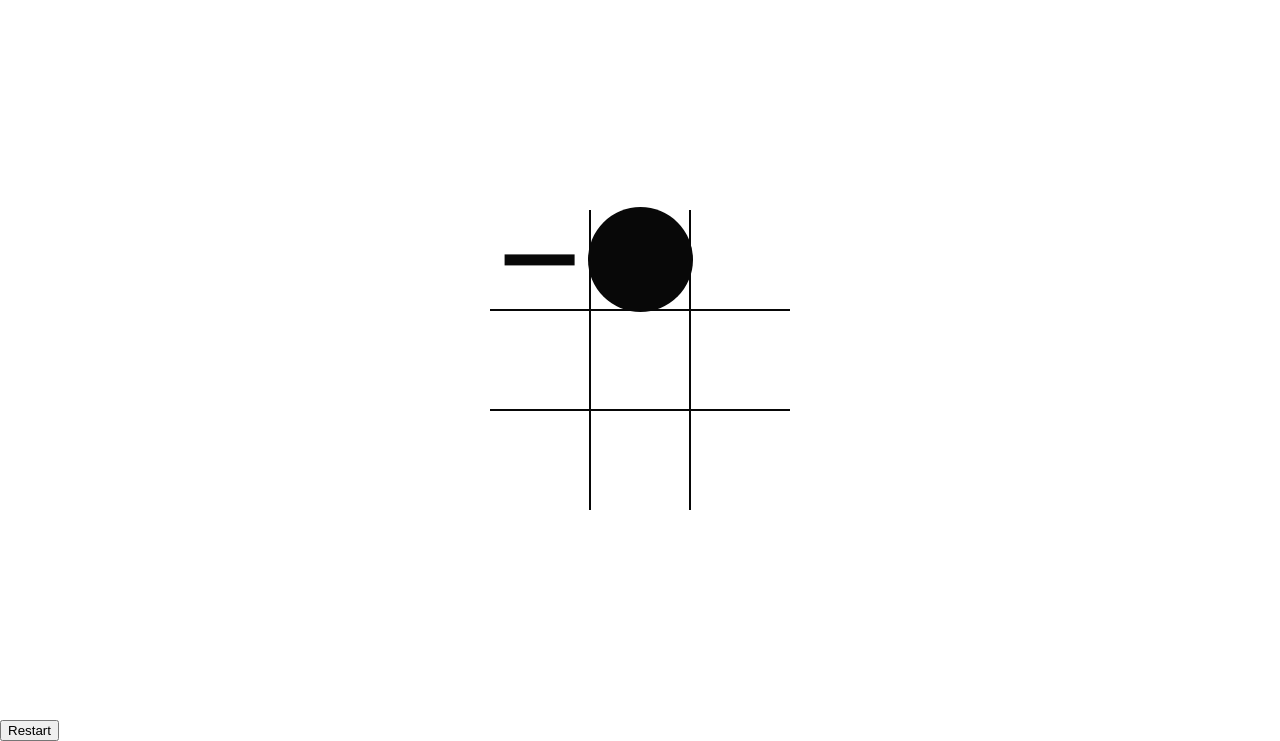
Repository: kkyler24/MCLA
Page: devFiles/TictactoeFiles/ticTacToe.html
The author's editor kept a copy of each file at every save. The page is drawn from the files as they stood at one save, then again after the next save.
The browser window is 1280 px wide. The pictures show the whole page.

Above is the page before, as saved 2020-04-17 13:41:27.

After the next save:
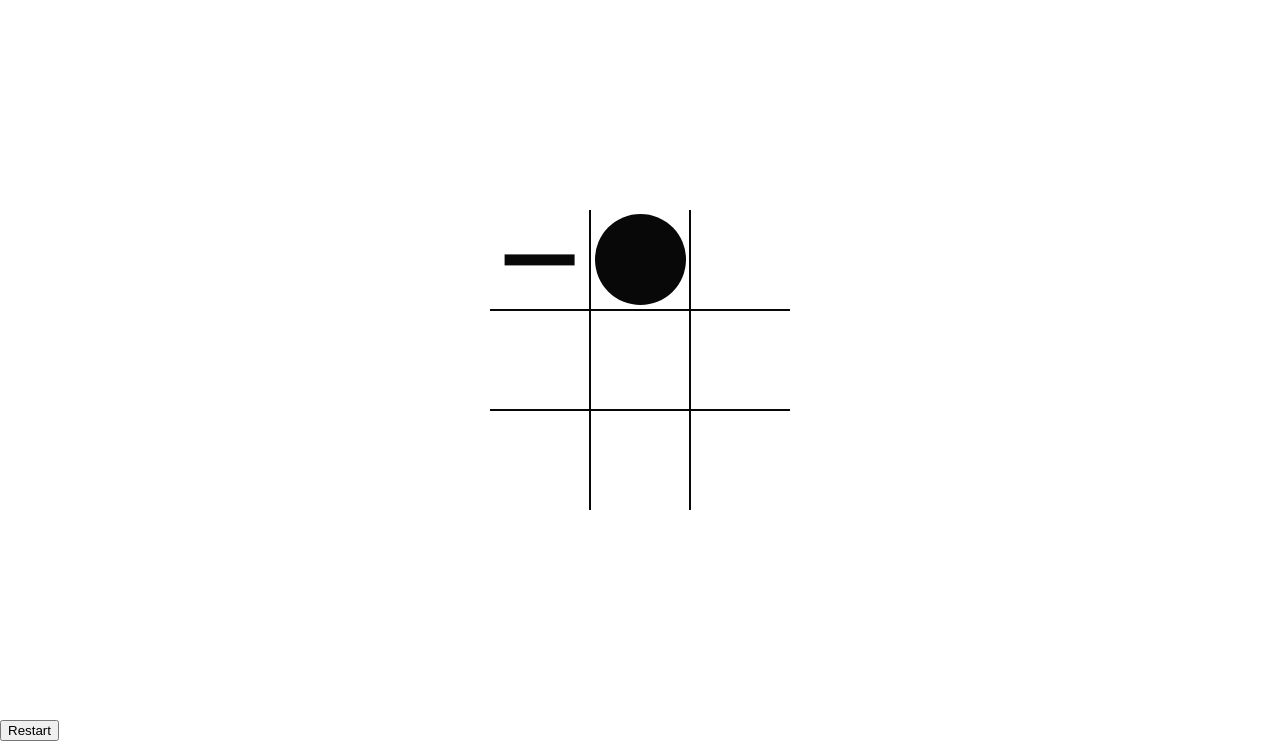
Saved 6 s later.
--- a/devFiles/TictactoeFiles/tictactoe.css
+++ b/devFiles/TictactoeFiles/tictactoe.css
@@ -65,10 +65,10 @@ body{
 .cellBOne.circle::after{
     content: "";
     position: absolute;
-    width: calc(var(--mark-size)*1.5);
+    width: calc(var(--mark-size)*1.3);
     /* controls the height of the cricles */
     /* transform: rotate(90deg); */
-    height: calc(var(--mark-size)*1.5);
+    height: calc(var(--mark-size)*1.3);
     background-color: rgb(8, 8, 8);
     /* controls how the dashes look */
     border-radius: 50%;
